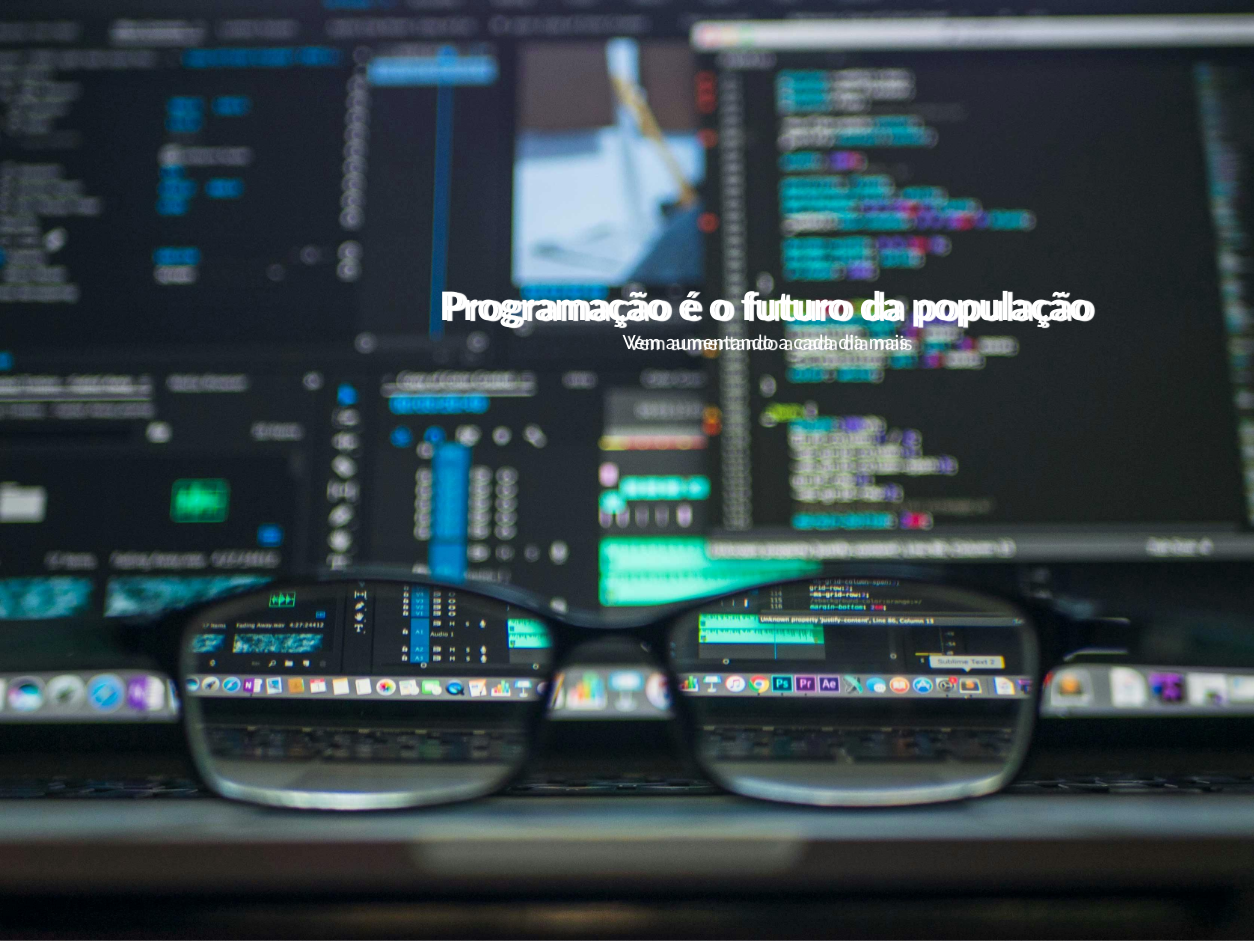
Repository: Caiquedev123/Sites
Page: index.html
The author's editor kept a copy of each file at every save. The page is drawn from the files as they stood at one save, then again after the next save.
The browser window is 1280 px wide. The pictures show the whole page, at 98% of full size.

Above is the page before, as saved 2024-07-22 14:27:44.

### index.html
<!DOCTYPE html>
<html lang="en">
<head>
    <meta charset="UTF-8">
    <meta name="viewport" content="width=device-width, initial-scale=1.0">
    <title>Projeto</title>
    <link rel="stylesheet" href="style.css">
    <link rel="stylesheet" href="./reset.css">
</head>
<body>
    <div class="container">
        <h1>Programação é o futuro da população</h1>
        <p>Vem aumentando a cada dia mais</p>
    </div>
    <section class="imagens">
        <img src="./imagem/Progrmação.jpg" alt="programação">
    </section>
</body>
</html>

### style.css
body{background-color: rgb(255, 255, 255);}

.container{
    position: absolute;
    z-index: 1;
    text-align: center;
    left: 35%;
    top: 40%;
    color: rgb(255, 255, 255);
    font-family: 'Gill Sans', 'Gill Sans MT', Calibri, 'Trebuchet MS', sans-serif;
    font-size: 20px;
    text-shadow: 5px 1px 1px;
}

img{
    width: 100%;
    object-fit: cover;
    position: relative;
}

Loaded but not shown: reset.css (common file)

After the next save:
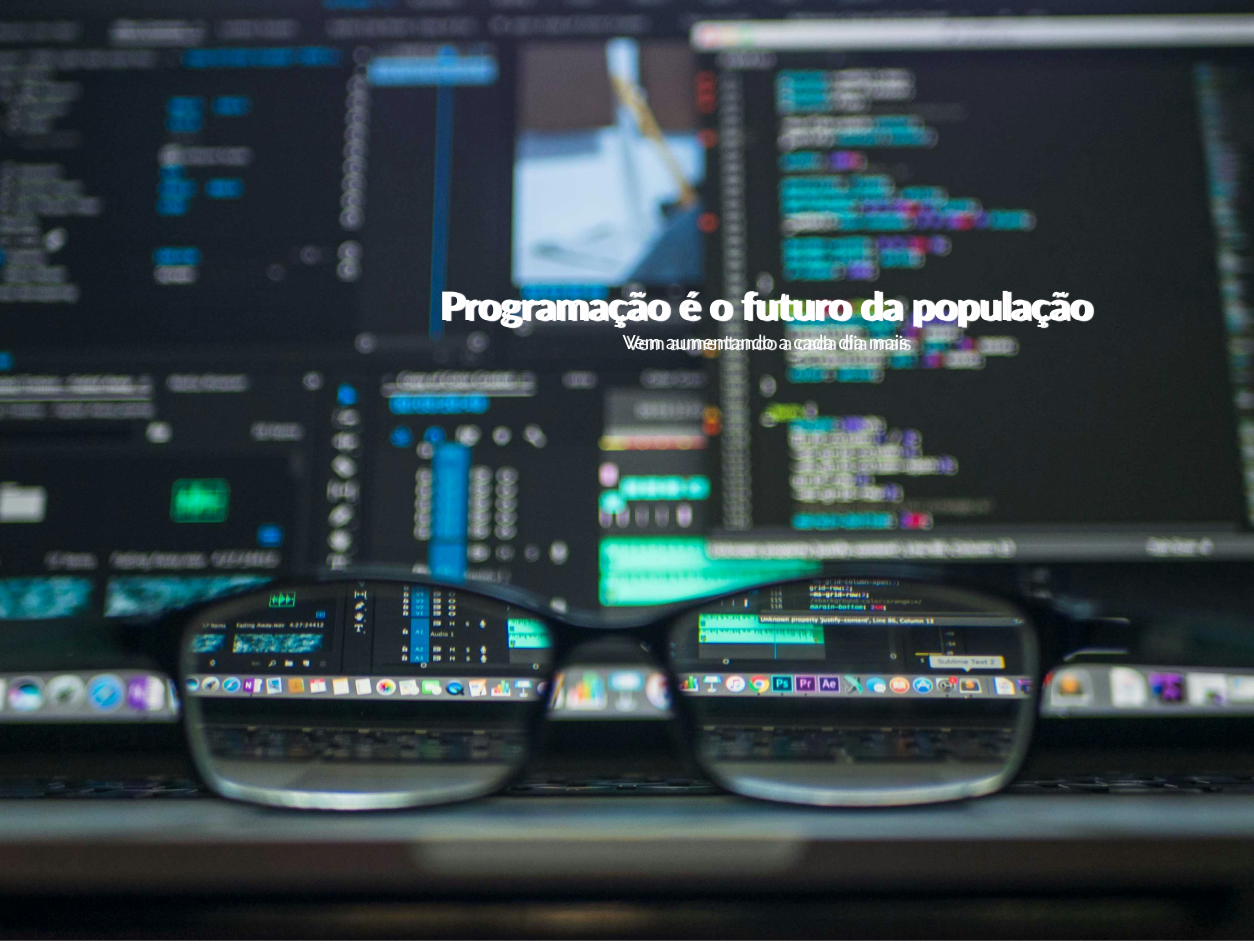
Saved 10 s later.
--- a/style.css
+++ b/style.css
@@ -9,7 +9,7 @@
     color: rgb(255, 255, 255);
     font-family: 'Gill Sans', 'Gill Sans MT', Calibri, 'Trebuchet MS', sans-serif;
     font-size: 20px;
-    text-shadow: 5px 1px 1px;
+    text-shadow: 4px 1px 1px;
 }
 
 img{

After the 3 saves that followed:
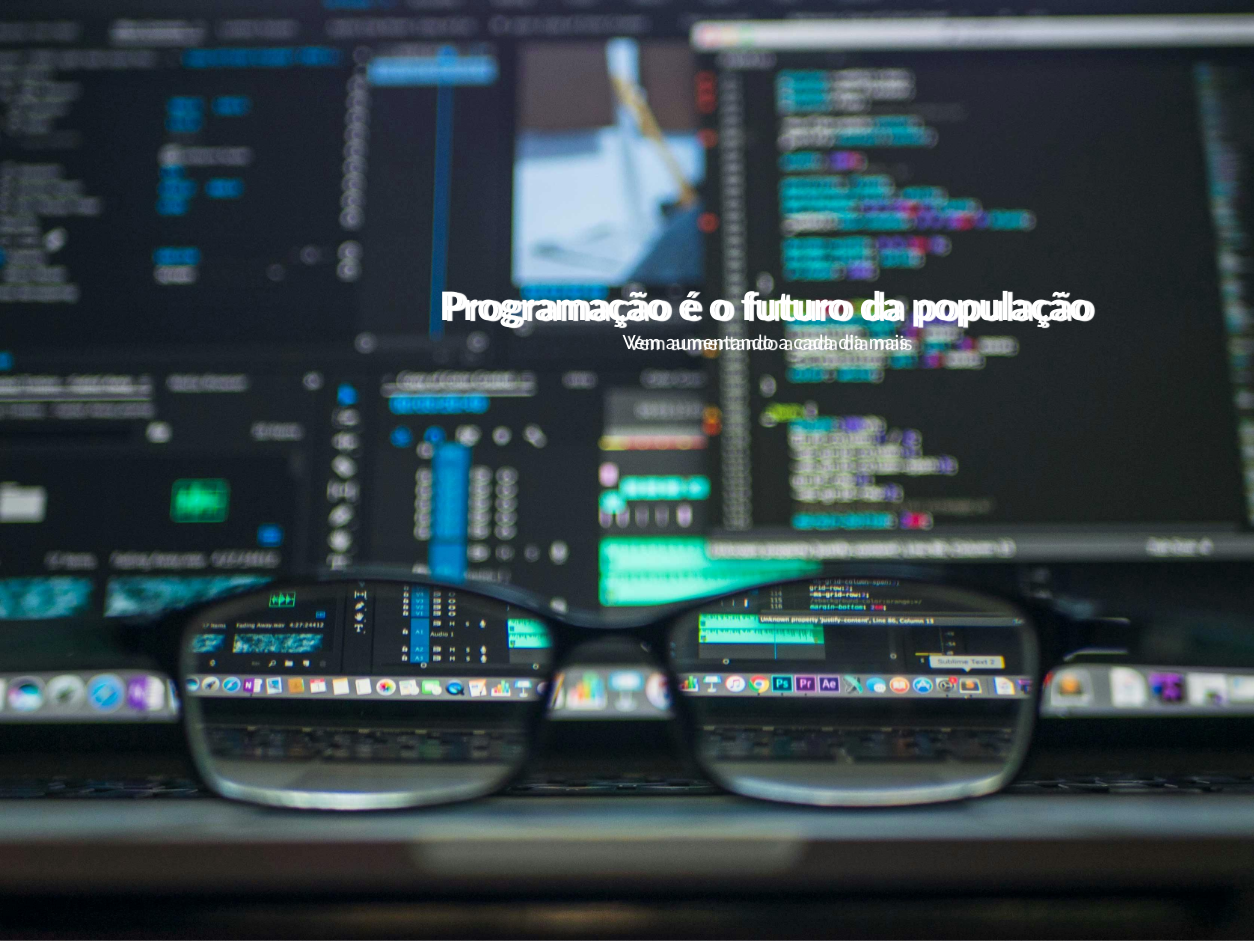
The 3 saves are shown as one change because they came seconds apart.
The last was saved 9 s later.
--- a/style.css
+++ b/style.css
@@ -9,7 +9,7 @@
     color: rgb(255, 255, 255);
     font-family: 'Gill Sans', 'Gill Sans MT', Calibri, 'Trebuchet MS', sans-serif;
     font-size: 20px;
-    text-shadow: 4px 1px 1px;
+    text-shadow: 5px 1px 1px;
 }
 
 img{
